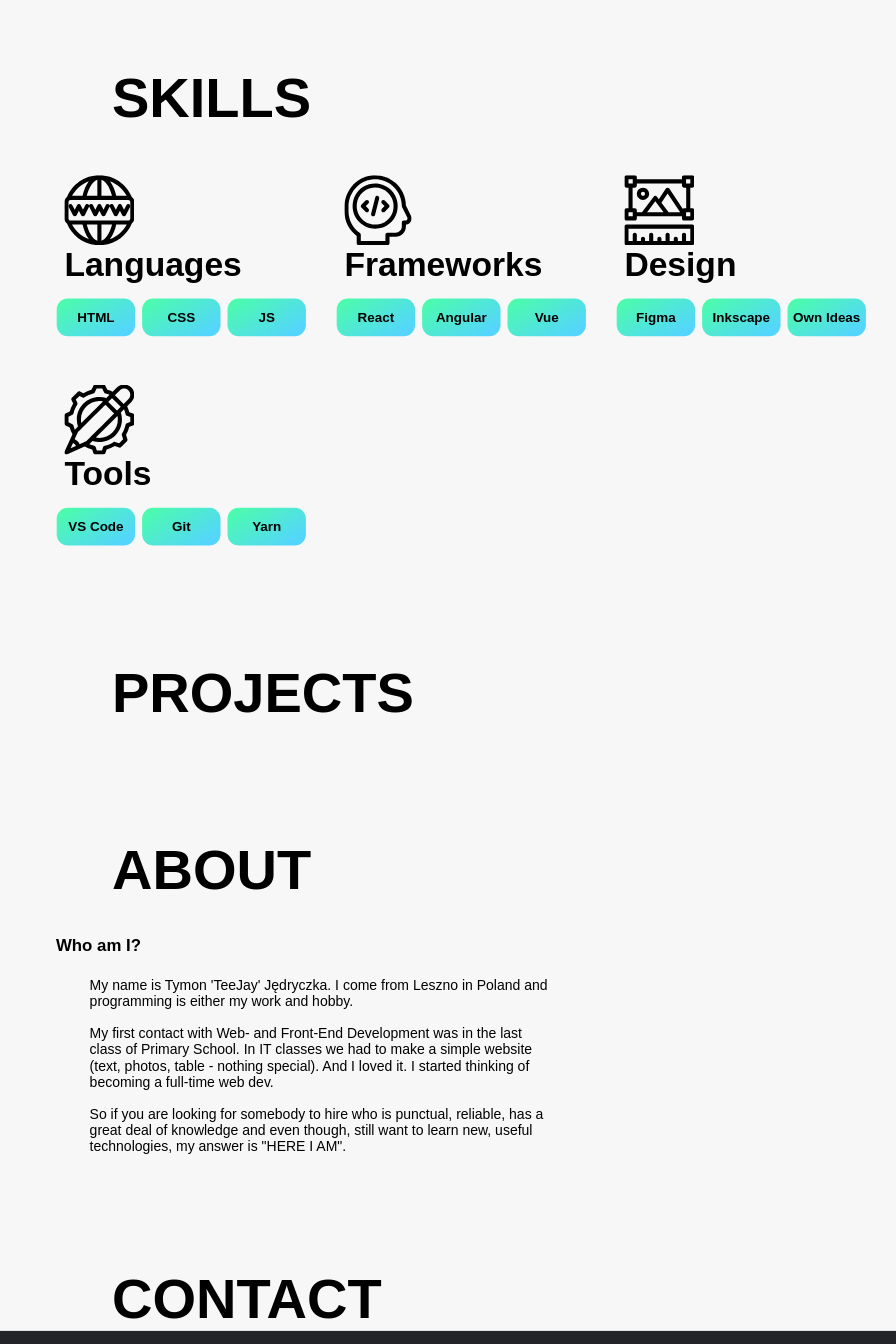
Repository: TeeJaysDev/Portfolio
Page: index.html
The author's editor kept a copy of each file at every save. The page is drawn from the files as they stood at one save, then again after a run of saves.
The browser window is 1280 px wide. The pictures show the part of the page from y = 986 to 2906 px (the page is 3099 px tall before and 3477 px after), at 70% of full size.

Above is the page before, as saved 2021-04-28 10:54:56.

### index.html
<!DOCTYPE html>
<html lang="en">
<head>
    <meta charset="UTF-8">
    <meta http-equiv="X-UA-Compatible" content="IE=edge">
    <meta name="viewport" content="width=device-width, initial-scale=1.0">
    <script type="text/javascript" src="script.js"></script>
    <link rel="stylesheet" href="style.css">
    <link href="https://fonts.googleapis.com/css2?family=Raleway&display=swap" rel="stylesheet">
    <link href="https://fonts.googleapis.com/css2?family=Quicksand:wght@700&display=swap" rel="stylesheet">
    <title>Tymon Jędryczka | Portfolio</title>
</head>
<body>
    <nav>
        <a href="#skills"><h3>skills</h3></a>
        <a href="#projects"><h3>projects</h3></a>
        <a href="#about"><h3>about</h3></a>
        <a href="#contact"><h3>contact</h3></a>
    </nav>
    <header>
        <h2 class="welcome_part_h1">h1</h2>
        <h1 class="welcome_part">
            Hi, I'm <strong>Tymon</strong><br>
            I design <strong>and</strong><br>
            build <strong>incredible</strong><br>
            websites / <strong>webapps</strong>
        </h1>
        <p class="welcome_part_p">
            Web Dev and UX/UI Designer from Poland
        </p>
        <gif></gif>
    </header>
    <main>
        <h1>
            SKILLS
        </h1>
        <section id="skills">
            <div class="languages">
                <div class="box">
                    <div class="image_h2">
                        <img src="Images/svg/languages.svg" alt="Languages I use all the time">
                        <h2>Languages</h2>
                    </div>
                    <div class="text">
                        <li>HTML</li>
                        <li>CSS</li>
                        <li>JS</li>
                    </div>
                </div>
            </div>
            <div class="frameworks">
                <div class="box">
                    <div class="image_h2">
                        <img src="Images/svg/frameworks.svg" alt="Frameworks I often use">
                        <h2>Frameworks</h2>
                    </div>
                    <div class="text">
                        <li>React</li>
                        <li>Angular</li>
                        <li>Vue</li>
                    </div>
                </div>
            </div>
            <div class="design">
                <div class="box">
                    <div class="image_h2">
                        <img src="Images/svg/design.svg" alt="Tool I use to create beautiful designs">
                        <h2>Design</h2>
                    </div>
                    <div class="text">
                        <li>Figma</li>
                        <li>Inkscape</li>
                        <li>Own Ideas</li>
                    </div>
                </div>
            </div>
            <div class="tools">
                <div class="box">
                    <div class="image_h2">
                        <img src="Images/svg/tools.svg" alt="Other tools I use to improve code performance and designs">
                        <h2>Tools</h2>
                    </div>
                    <div class="text">
                        <li>VS Code</li>
                        <li>Git</li>
                        <li>Yarn</li>
                    </div>
                </div>
            </div>
        </section>
        <section id="projects">
            <h1>
                PROJECTS
            </h1>
        </section>
        <section id="about">
            <h1>
                ABOUT
            </h1>
            <h2>
                Who am I?
            </h2>
            <p>
                My name is Tymon 'TeeJay' Jędryczka. I come from Leszno in Poland and programming is either my work and hobby.
                <br><br>
                My first contact with Web- and Front-End Development was in the last class of Primary School. In IT classes we had to make a simple website (text, photos, table - nothing special). And I loved it. I started thinking of becoming a full-time web dev.
                <!-- <br><br> I am also a self-taught dev and with CodeCademy and YouTube I get knowledge of HTML5, CSS3, JS, and its frameworks (React, Angular, Vue). I call myself a 2-in-1 developer 'cause I design things (usually in Figma) and then make them real by writing some code. -->
                <br><br>
                So if you are looking for somebody to hire who is punctual, reliable, has a great deal of knowledge and even though, still want to learn new, useful technologies, my answer is "HERE I AM".
            </p>
        </section>
        <section id="contact">
            <h1>
                CONTACT
            </h1>
        </section>
    </main>
    <footer>
        <h4>2021 &copy; Tymon 'TeeJay' Jędryczka</h4>
        <li><a href="https://facebook.com/tymonjedr/" target="_blank"><img src="Images/svg/facebook.svg" alt="Facebook LOGO"></a></li>
        <li><a href="https://linkedin.com/in/tymon-jedryczka/" target="_blank"><img src="Images/svg/linkedin.svg" alt="LinkedIn LOGO"></a></li>
        <li><a href="https://github.com/TeeJaysDev" target="_blank"><img src="Images/svg/github.svg" alt="GitHub LOGO"></a></li>
        <li><a href="https://stackoverflow.com/users/15029595/teejaysdev" target="_blank"><img src="Images/svg/stack.svg" alt="Stack LOGO"></a></li>
        <li><a href="https://codecademy.com/profiles/TeeJaysDev" target=”_blank”><img src="Images/svg/codecademy.svg" alt="CodeCademy LOGO"></a></li>
    </footer>
</body>
</html>

### style.css
* {
    margin: 0;
    padding: 0;
    font-family: sans-serif;
    text-decoration: none;
}

body {
    background-color: #F7F7F7;
}

nav {
    display: flex;
    justify-content: flex-end;
}

nav a {
    color: #000000;
    padding: 0.938rem;
    margin-top: 2rem;
    margin-right: 3.125rem;
    font-size: 1.563rem;
}

header h1 strong {
    background-image: linear-gradient(147deg, #4bffa5, #54d4ff 90%);
    background-size: 100%;
    background-repeat: repeat;
    background-clip: text;
    -webkit-background-clip: text;
    -webkit-text-fill-color: transparent;
    -moz-background-clip: text;
    -moz-text-fill-color: transparent;
    -webkit-text-stroke: 1.5px black;
}

.welcome_part_h1 {
    font-family: monospace;
    font-size: 3.75rem;
    margin-top: 9rem;
    margin-left: 2.5rem;
    margin-bottom: 0rem;
}

.welcome_part {
    margin-top: 2rem;
    margin-left: 5rem;
    margin-bottom: 2rem;
    font-family: Raleway;
    font-weight: lighter;
    font-size: 5rem;
    min-width: 18ch;
}

.welcome_part_p {
    margin-bottom: 18rem;
    margin-left: 4rem;
    font-size: 2.5rem;
}

.box .image_h2 {
    justify-items: center;
}

#skills {
    display: grid;
    justify-content: center;
    grid-template-columns: repeat(auto-fit, 400px);
    margin-left: 4.5rem;
}

main h1 {
    font-size: 5rem;
    margin-left: 10rem;
    margin-top: 10rem;
}

.image_h2 {
    display: flex;
    flex-wrap: wrap;
    align-items: flex-start;
    margin: 4rem 20rem 1rem 1rem;
    font-size: 2rem;
}

.text {
    display: flex;
    flex-wrap: wrap;
}

.text li {
    list-style: none;
    margin: 1rem;
    color: #000000;
    font-weight: bold;
    font-size: 1.2rem;
    text-align: center;
    align-items: center;
    border-radius: 1rem;
    margin: 0.3125rem 0.3125rem;
    width: 7rem;
    background-image: linear-gradient(147deg, #4bffa5, #54d4ff 90%);
    padding-top: 1rem;
    padding-bottom: 1rem;
}

#projects h1 {
    margin-top: 10rem;
}

#about p {
    font-size: 1.25rem;
    max-width: 60ch;
    margin-left: 8rem;
    margin-bottom: 5rem;
    margin-top: 2rem;
}

#about h2 {
    margin-left: 5rem;
    margin-top: 3rem;
}

footer, footer h4 {
    color: #C5C4C6;
    background-color: #232429;
    font-family: Arial, Helvetica, sans-serif;
    font-size: 0.938rem;
    font-weight: lighter;
    text-align: center;
    z-index: -1;
    padding-top: 1.875rem;
    padding-bottom: 3.125rem;
}

footer li{
    margin: 0 1.25;
    display: inline;
}

body .error {
    text-align: center;
}

.error p {
    font-family: Quicksand;
    font-weight: 700;
    color: #000000;
    font-size: 20rem;
    margin-top: 5rem;
}

.error button a {
    text-decoration: none;
    text-align: center;
    color: #000000;
    font-size: 2rem;
    padding: 3rem;
}

.error .mainError {
    display: flex;
    text-align: center;
    margin-left: 40rem;
    margin-right: auto;
}

.error img {
    width: 250px;
}

.error button {
    margin-top: 10rem;
}
/* Smartphone (portrait) --- */

@media only screen
and (max-width: 767px) {

    nav {
        display: flex;
        justify-content: flex-end;
        margin-right: 1rem;
        margin-top: 0rem;
    }

    nav a {
        padding: 0.938rem;
        margin-top: 2rem;
        margin-right: -1rem;
        font-size: 1rem;
    }

    .welcome_part_h1 {
        font-family: monospace;
        font-size: 1.875rem;
        margin-top: 9rem;
        margin-left: 1rem;
    }

    .welcome_part {
        margin-top: 1rem;
        margin-left: 2rem;
        margin-bottom: 2rem;
        font-size: 2.5rem;
        min-width: 18ch;
    }

    .welcome_part_p {
        margin-bottom: 10rem;
        margin-left: 2rem;
        font-size: 1.25rem;
    }

    main h1 {
        margin-left: 3rem;
        font-size: 4rem;
    }

    #about p {
        font-size: 1.25rem;
        max-width: 35ch;
        margin-left: 2rem;
        margin-bottom: 5rem;
    }

    #about h2 {
        margin-left: 2rem;
        margin-top: 5rem;
    }

    footer, footer h4 {
        padding-top: 1.875rem;
        padding-bottom: 3.125rem;
        width: 100%;
    }

    footer li{
        margin: 0 1.25;
        display: inline;
    }
}



@media only screen
and (min-width: 768px)
and (max-width: 1024px)
and (orientation: portrait) {

    * {
        margin: 0;
        padding: 0;
        font-family: sans-serif;
        text-decoration: none;
    }

    body {
        background-color: #F7F7F7;
    }

    nav {
        display: flex;
        justify-content: flex-end;
        margin-right: 0rem;
        margin-top: 0rem;
    }

    nav a {
        color: #000000;
        padding: 0.938rem;
        margin-top: 2rem;
        margin-right: 3.125rem;
        font-size: 1.563rem;
    }

    .welcome_part_h1 {
        font-family: monospace;
        font-size: 3.75rem;
        margin-top: 13rem;
        margin-left: 2.5rem;
        margin-bottom: 0rem;
    }

    .welcome_part {
        margin-top: 2rem;
        margin-left: 5rem;
        margin-bottom: 2rem;
        font-family: Raleway;
        font-weight: lighter;
        font-size: 3.9rem;
        min-width: 18ch;
    }

    .welcome_part_p {
        margin-bottom: 20rem;
        margin-left: 4rem;
    }

    #about p {
        font-size: 1.25rem;
        max-width: 45ch;
        margin-left: 8rem;
        margin-bottom: 5rem;
    }

    #about h2 {
        margin-left: 5rem;
        margin-top: 5rem;
    }

    #projects h1 {
        width: 15%;
        margin-top: 3rem;
    }

    #about h1 {
        width: 15%;
    }

    #contact h1 {
        width: 17%;
    }

    footer, footer h4 {
        color: #C5C4C6;
        background-color: #232429;
        font-family: Arial, Helvetica, sans-serif;
        font-size: 0.938rem;
        font-weight: lighter;
        text-align: center;
        z-index: -1;
        width: 100%;
        padding-top: 1.875rem;
        padding-bottom: 3.125rem;
    }

    body .error {
        text-align: center;
    }

    .error p {
        font-family: Quicksand;
        font-weight: 700;
        color: #000000;
        font-size: 20rem;
        margin-top: 5rem;
    }

    .error button a {
        text-decoration: none;
        text-align: center;
        color: #000000;
        font-size: 2rem;
        padding: 3rem;
    }

    .error .mainError {
        display: flex;
        text-align: center;
        margin-left: 40rem;
        margin-right: auto;
    }

    .error img {
        width: 250px;
    }

    .error button {
        margin-top: 10rem;
    }
}

@media only screen
and (min-width: 953)
and (max-width: 1230) {
     p {
        margin-left: 1rem;
    }
}

@media only screen
and (min-width: 550px)
and (max-width: 700px) {
    .welcome_part_h1 {
        font-family: monospace;
        font-size: 3.75rem;
        margin-top: 13rem;
        margin-left: 2.5rem;
        margin-bottom: 0rem;
    }

    .welcome_part {
        margin-top: 2rem;
        margin-left: 5rem;
        margin-bottom: 2rem;
        font-size: 2.6rem;
    }

    .welcome_part_p {
        margin-bottom: 20rem;
        margin-left: 4rem;
    }
}

@media only screen
and (min-width: 1920px) {
    .welcome_part_h1 {
        font-family: monospace;
        font-size: 3.75rem;
        margin-top: 13rem;
        margin-left: 2.5rem;
        margin-bottom: 0rem;
    }

    .welcome_part {
        margin-top: 2rem;
        margin-left: 5rem;
        margin-bottom: 2rem;
        font-size: 5rem;
    }

    .welcome_part_p {
        margin-bottom: 20rem;
        margin-left: 4rem;
        font-size: 2.5rem;
    }
}

@media only screen
and (max-width: 950) {

}

Loaded but not shown: script.js (no stored copy; drawn as an empty file)

After the next 3 saves:
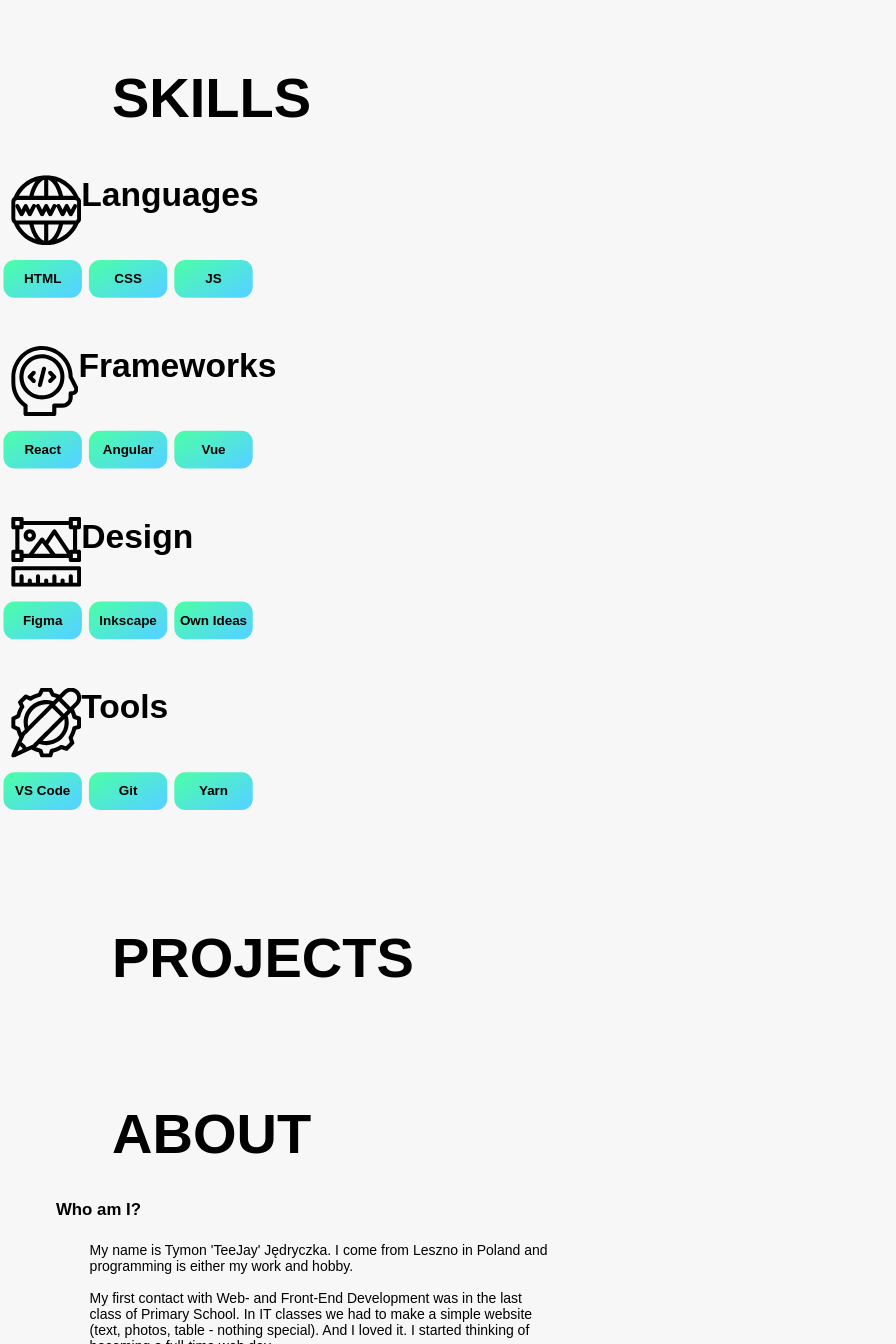
The 3 saves are shown as one change because they came seconds apart.
The last was saved 2 min 53 s later.
--- a/style.css
+++ b/style.css
@@ -61,6 +61,8 @@ header h1 strong {
 .box .image_h2 {
     justify-items: center;
 }
+
+.image_h2
 
 #skills {
     display: grid;

After the save that followed:
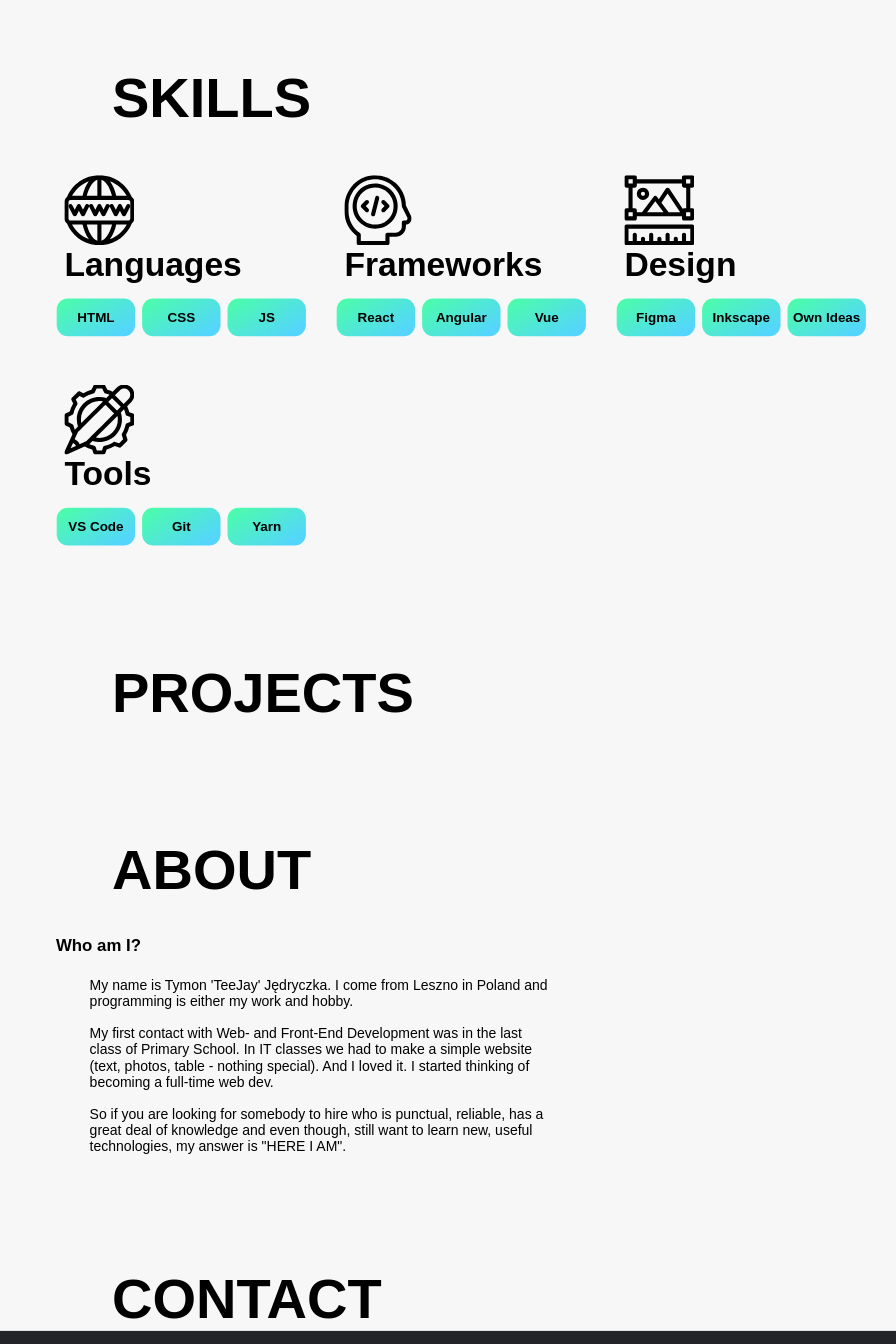
Saved 4 s later.
--- a/style.css
+++ b/style.css
@@ -62,7 +62,9 @@ header h1 strong {
     justify-items: center;
 }
 
-.image_h2
+.image_h2 img {
+
+}
 
 #skills {
     display: grid;
